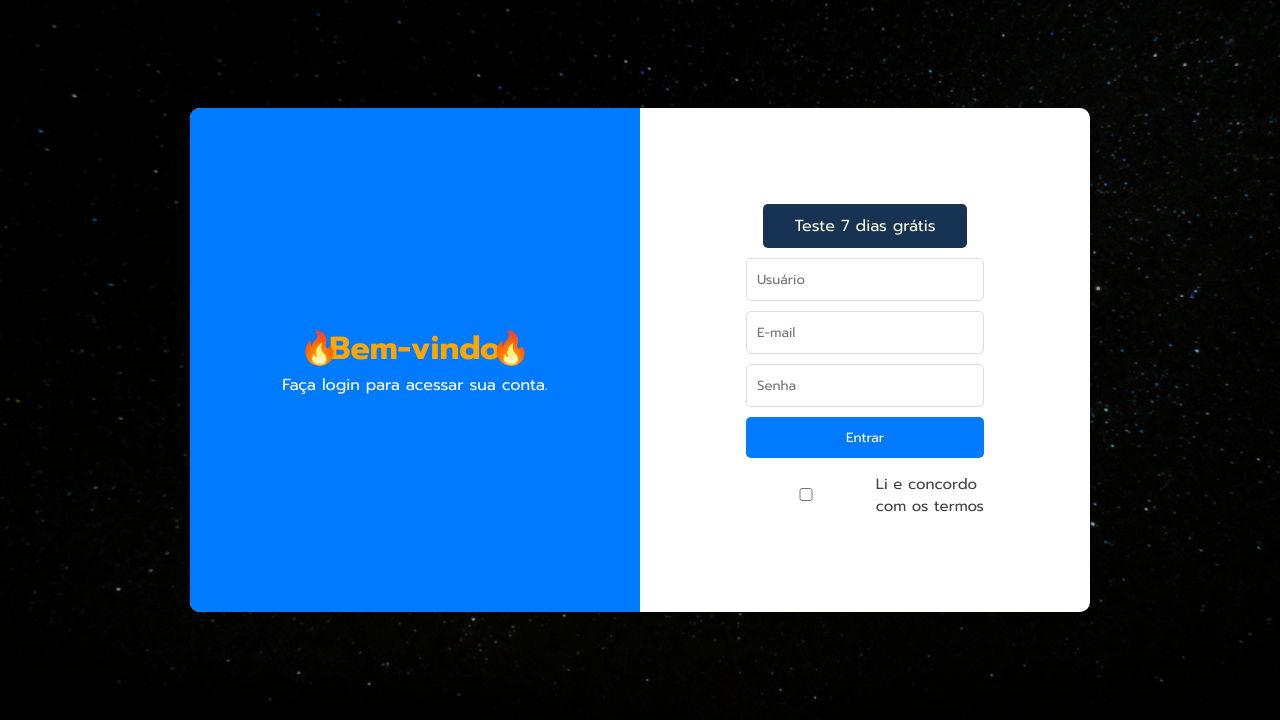
Repository: joao-paulo-paiva/tela-login
Page: index.html
These files come from the project's save history. The page is drawn as it stood at one moment and after the next save; the edit follows.
The browser window is 1280 px wide. The pictures show the whole page.

Above is the page before, as saved 2025-04-16 11:49:23.

After the next save:
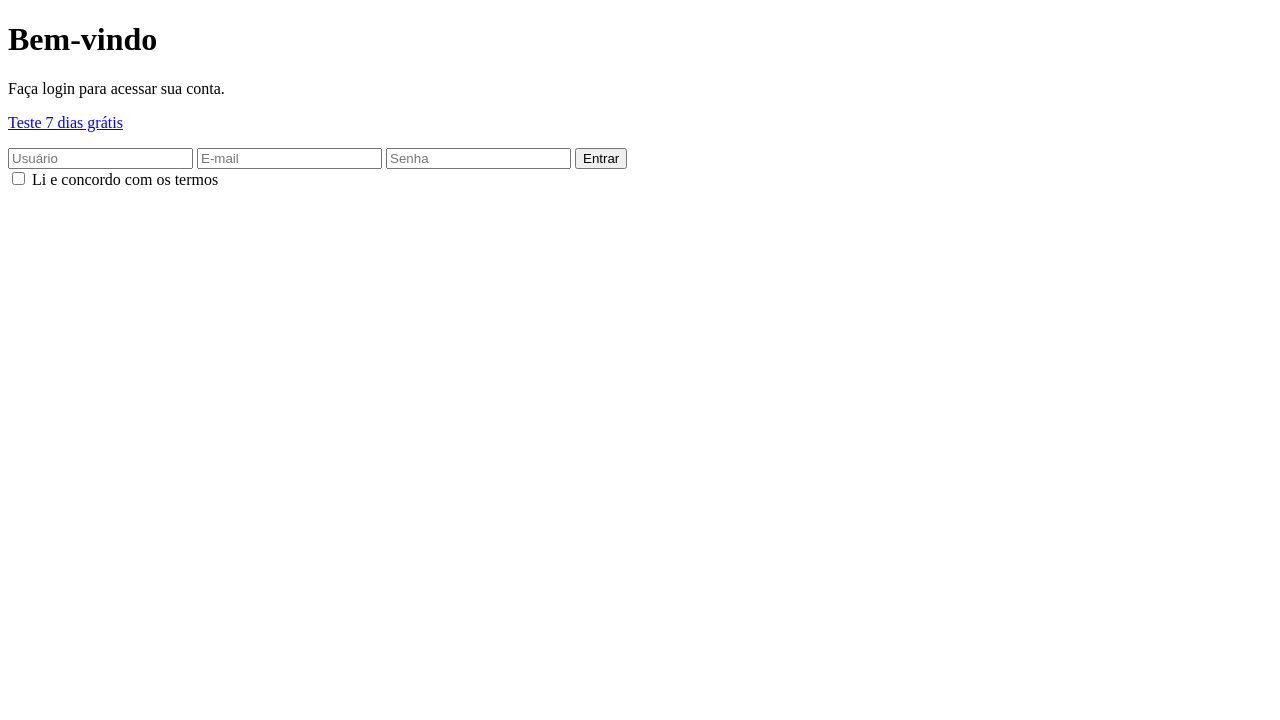
Saved 17 s later.
--- a/index.html
+++ b/index.html
@@ -7,157 +7,7 @@
     <link rel="preconnect" href="https://fonts.googleapis.com">
     <link rel="preconnect" href="https://fonts.gstatic.com" crossorigin>
     <link href="https://fonts.googleapis.com/css2?family=Prompt:wght@100..900&display=swap" rel="stylesheet">
-    <style>
-        * {
-            margin: 0;
-            padding: 0;
-            box-sizing: border-box;
-            font-family: "Prompt", sans-serif;
-        }
 
-        body {
-            display: flex;
-            justify-content: center;
-            align-items: center;
-            height: 100vh;
-            background-image: url(./imagens/pexels-francesco-ungaro-998641.jpg);
-            background-size: cover;
-            background-position: center;
-            background-repeat: no-repeat;
-            position: relative;
-        }
-
-        body::before {
-            content: "";
-            position: absolute;
-            top: 0;
-            left: 0;
-            width: 100%;
-            height: 100%;
-            background-color: rgba(0, 0, 0, 0.4);
-            z-index: -1;
-        }
-
-        .container {
-            display: flex;
-            height: 70%;
-            width: 80%;
-            max-width: 900px;
-            background: white;
-            border-radius: 10px;
-            overflow: hidden;
-            box-shadow: 0px 4px 10px rgba(0, 0, 0, 0.1);
-        }
-
-        .esquerda, .direita {
-            width: 50%;
-            padding: 40px;
-        }
-
-        .esquerda {
-            background-color: #007bff;
-            color: white;
-            display: flex;
-            flex-direction: column;
-            justify-content: center;
-            align-items: center;
-        }
-
-        .direita {
-            display: flex;
-            flex-direction: column;
-            justify-content: center;
-            align-items: center;
-        }
-
-        h1 {
-            position: relative;
-            color: orange;
-            animation: moverTexto 1.5s ease-out forwards;
-        }
-
-        h1::before {
-            content: "🔥";
-            position: absolute;
-            left: -30px;
-        }
-
-        h1::after {
-            content: "🔥";
-            position: absolute;
-            right: -30px;
-        }
-
-        input {
-            display: block;
-            width: 100%;
-            padding: 10px;
-            margin: 10px 0;
-            border: 1px solid #ddd;
-            border-radius: 5px;
-        }
-
-        input:focus {
-            outline: none;
-            border-color: #007bff;
-            box-shadow: 0 0 5px rgba(0, 123, 255, 0.5);
-        }
-
-        .teste-gratis {
-            display: flex;
-            justify-content: center;
-            align-items: center;
-            width: 55%;
-            padding: 10px;
-            background-color: #163353;
-            text-decoration: none;
-            color: beige;
-            border-radius: 5px;
-            text-align: center;
-        }
-
-        button {
-            width: 100%;
-            padding: 10px;
-            background-color: #007bff;
-            color: white;
-            border: none;
-            border-radius: 5px;
-            cursor: pointer;
-            transition: background-color 0.3s ease-in-out;
-        }
-
-        button:hover {
-            background-color: #0056b3;
-        }
-
-        .termos {
-            display: flex;
-            align-items: center;
-            gap: 10px;
-            margin-top: 15px;
-        }
-
-        .termos label {
-            font-size: 15px;
-            color: #444;
-        }
-
-        .termos input {
-            accent-color: #007bff;
-        }
-
-        @keyframes moverTexto {
-            0% {
-                transform: translateX(-100%);
-                opacity: 0;
-            }
-            100% {
-                transform: translateX(0);
-                opacity: 1;
-            }
-        }
-    </style>
 </head>
 <body>
     <div class="container">

After the 3 saves that followed:
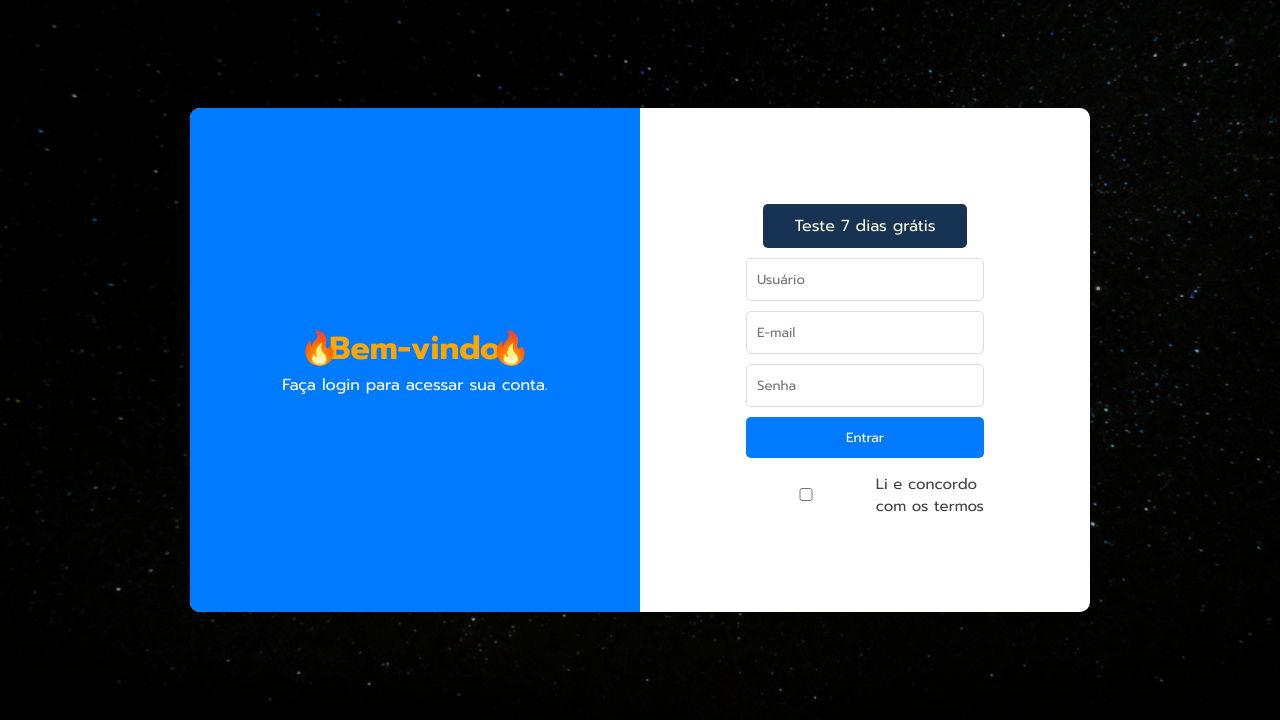
The 3 saves are shown as one change because they came seconds apart.
The last was saved 33 s later.
--- a/index.html
+++ b/index.html
@@ -7,6 +7,7 @@
     <link rel="preconnect" href="https://fonts.googleapis.com">
     <link rel="preconnect" href="https://fonts.gstatic.com" crossorigin>
     <link href="https://fonts.googleapis.com/css2?family=Prompt:wght@100..900&display=swap" rel="stylesheet">
+    <link rel="stylesheet" href="style.css">
 
 </head>
 <body>
